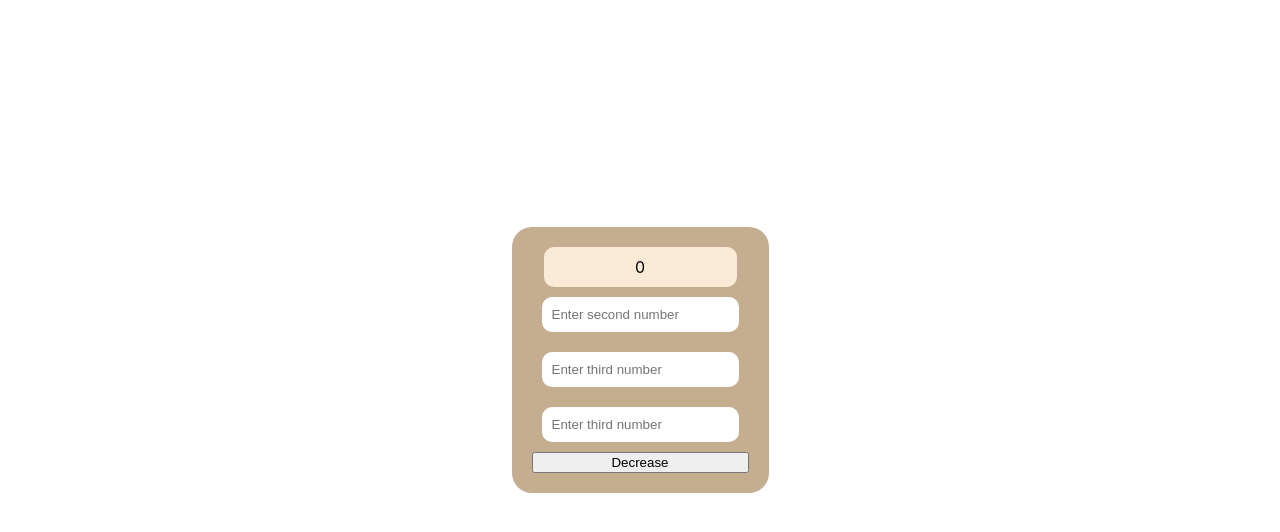
Repository: purnimapatel/SI-calculator
Page: /
The author's editor kept a copy of each file at every save. The page is drawn from the files as they stood at one save, then again after the next save.
The browser window is 1280 px wide. The pictures show the whole page.
The project was rebuilt for these pictures with package versions that can differ from the ones it lists, and the page was loaded fresh each time.

Above is the page before, as saved 2024-08-26 11:40:12.

After the next save:
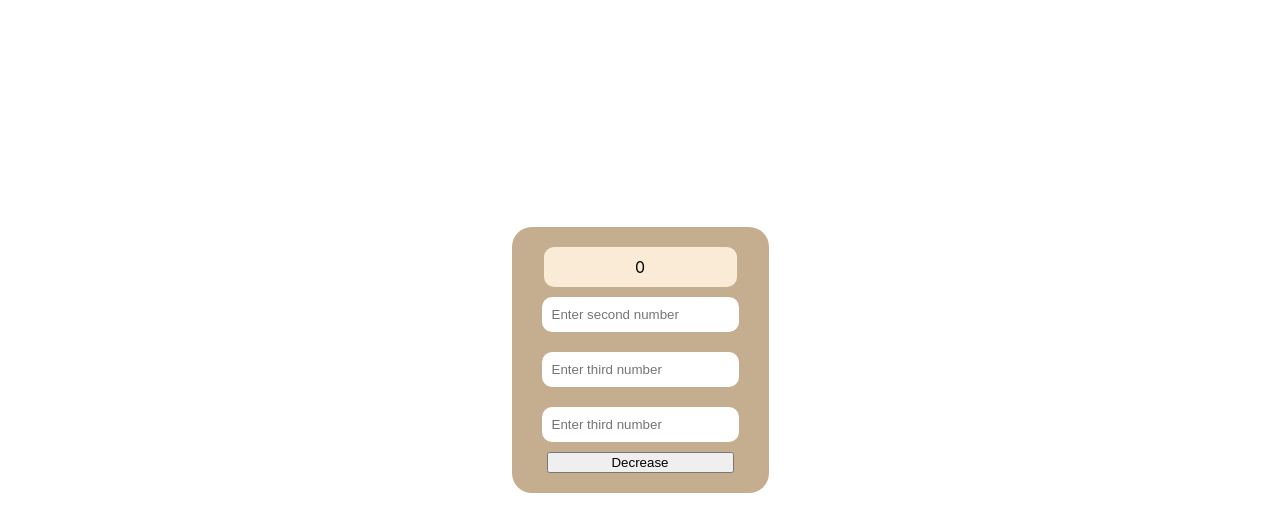
Saved 28 s later.
--- a/src/App.css
+++ b/src/App.css
@@ -48,3 +48,6 @@ input[type=number] {
   border-radius:10px;
   border:none;
 }
+.btn{
+  margin:0px 15px;
+}
